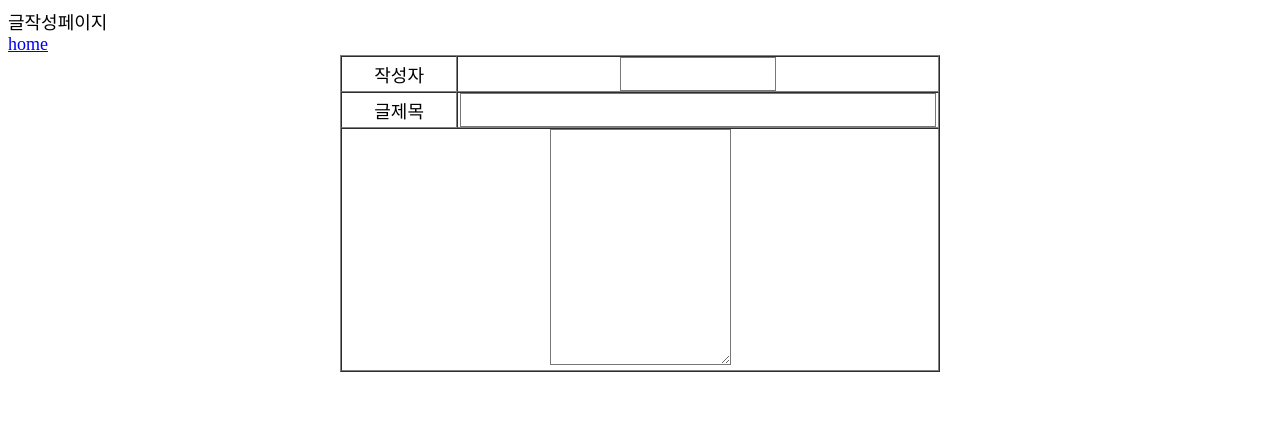
Repository: SniperDitto/save
Page: http://localhost/Boards0425/02_client/01_boards/write.jsp
An editor plug-in stored every save of this project. The page is shown before and after the next save, followed by the edit.
The browser window is 1280 px wide. The pictures show the whole page.
The page is served by Tomcat 9.

Above is the page before, as saved 2022-04-26 00:26:23.

After the next save:
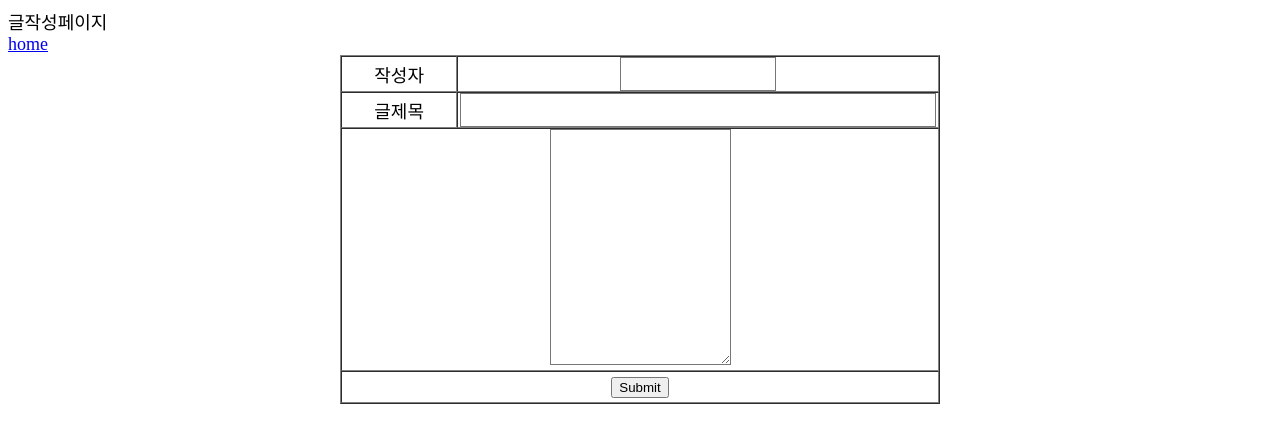
Saved 51 s later.
--- a/2022JAVA_YSH 1/JAVA/Web/Boards0425/WebContent/02_client/01_boards/write.jsp
+++ b/2022JAVA_YSH 1/JAVA/Web/Boards0425/WebContent/02_client/01_boards/write.jsp
@@ -31,7 +31,11 @@
 			<td width="600" height="30px" align="center" colspan="2">
 				<textarea name="content" id="content" class="text1" style="width:590;height:230px"></textarea>
 			</td>
-
+		</tr>
+		<tr>
+			<td width="600" height="30px" align="center" colspan="2">
+				<input type="submit" />
+			</td>
 		</tr>
 	</table>
 </body>
